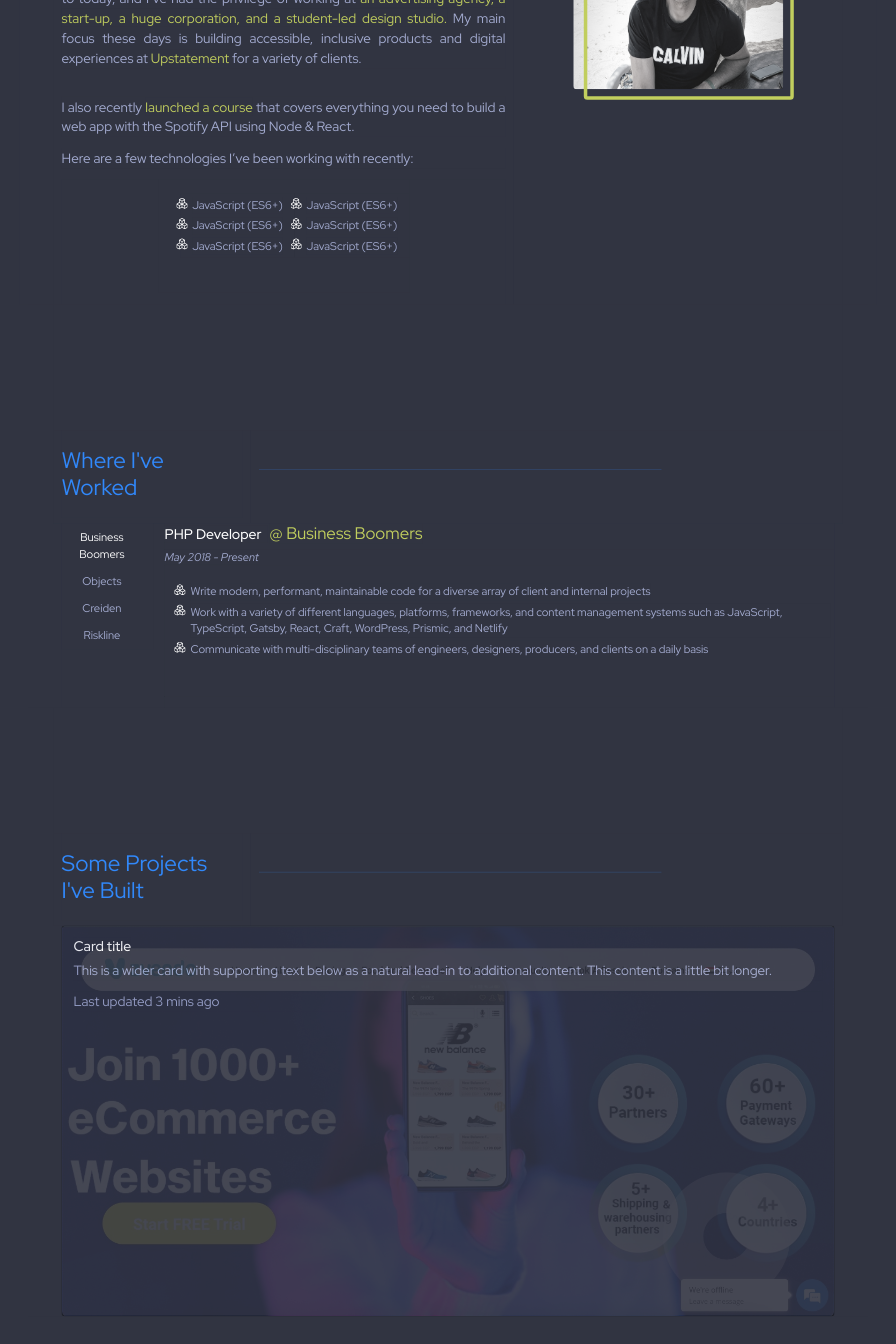
Repository: aya7abbal/Talaat-s-Portfolio
Page: index.html
An editor plug-in stored every save of this project. The page is shown before and after the next save, followed by the edit.
The browser window is 1280 px wide. The pictures show the part of the page from y = 1129 to 3049 px (the page is 3049 px tall before and 2771 px after), at 70% of full size.
Some web libraries are served in a nearby version. The style sheet was rebuilt from its Sass, Less or Tailwind sources for each picture, by a compiler version that may differ from the author's.

Above is the page before, as saved 2022-02-07 18:50:37.

After the next save:
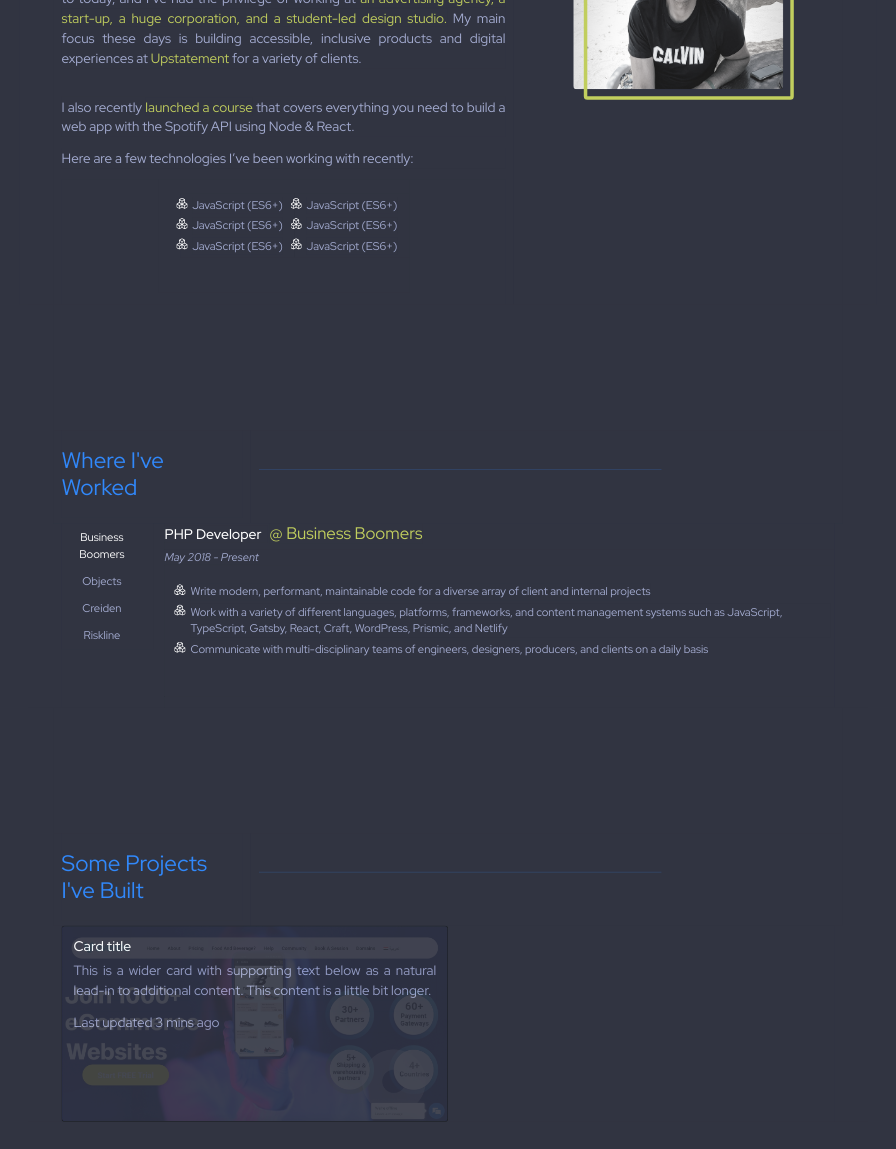
Saved 3 min 26 s later.
--- a/index.html
+++ b/index.html
@@ -447,7 +447,7 @@
         </div>
 
         <div class="project-card">
-          <div class="card bg-dark text-white">
+          <div class="card bg-dark text-white col-md-6">
             <img src="./images/project-1.jpeg" class="card-img" alt="...">
             <div class="card-img-overlay">
               <h5 class="card-title">Card title</h5>
